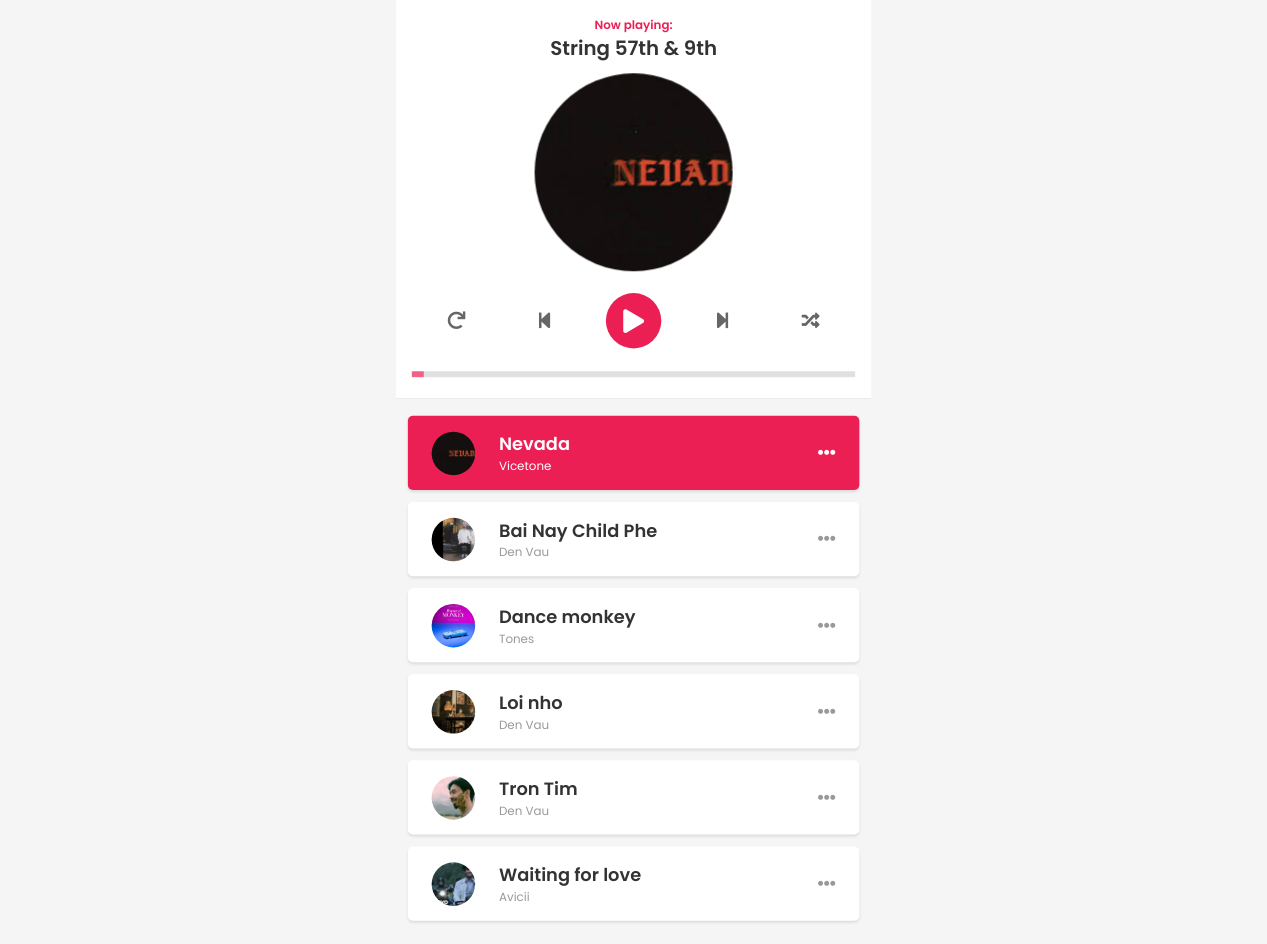
Repository: dovanthao2404/AppMusicPlayer
Page: index.html
The author's editor kept a copy of each file at every save. The page is drawn from the files as they stood at one save, then again after the next save.
The browser window is 1280 px wide. The pictures show the whole page, at 99% of full size.
Pictures or frames that could not be fetched are drawn as grey boxes.

Above is the page before, as saved 2021-06-28 16:02:08.

### index.html
<!DOCTYPE html>
<html lang="en">

<head>
  <meta charset="UTF-8">
  <meta http-equiv="X-UA-Compatible" content="IE=edge">
  <meta name="viewport" content="width=device-width, initial-scale=1.0">
  <title>Music player</title>
  <link rel="stylesheet" href="https://cdnjs.cloudflare.com/ajax/libs/font-awesome/5.15.2/css/all.min.css"
    integrity="sha512-HK5fgLBL+xu6dm/Ii3z4xhlSUyZgTT9tuc/hSrtw6uzJOvgRr2a9jyxxT1ely+B+xFAmJKVSTbpM/CuL7qxO8w=="
    crossorigin="anonymous" />
  <link rel="preconnect" href="https://fonts.gstatic.com">
  <link href="https://fonts.googleapis.com/css2?family=Poppins:wght@300;400;600&display=swap" rel="stylesheet">
  <link rel="stylesheet" href="./css/app.css">
</head>

<body>
  <div class="player">
    <!-- Dashboard -->
    <div class="dashboard">
      <!-- Header -->
      <header>
        <h4>Now playing:</h4>
        <h2>String 57th & 9th</h2>
      </header>

      <!-- CD -->
      <div class="cd">
        <div class="cd-thumb" style="background-image: url('https://i.ytimg.com/vi/jTLhQf5KJSc/maxresdefault.jpg')">
        </div>
      </div>

      <!-- Control -->
      <div class="control">
        <div class="btn btn-repeat">
          <i class="fas fa-redo"></i>
        </div>
        <div class="btn btn-prev">
          <i class="fas fa-step-backward"></i>
        </div>
        <div class="btn btn-toggle-play">
          <i class="fas fa-pause icon-pause"></i>
          <i class="fas fa-play icon-play"></i>
        </div>
        <div class="btn btn-next">
          <i class="fas fa-step-forward"></i>
        </div>
        <div class="btn btn-random">
          <i class="fas fa-random"></i>
        </div>
      </div>

      <input id="progress" class="progress" type="range" value="0" step="1" min="0" max="100">

      <audio id="audio" src=""></audio>
    </div>

    <!-- Playlist -->
    <div class="playlist">

    </div>
  </div>
  <script src="./js/app.js"></script>
</body>

</html>

### css/app.css
:root {
  --primary-color: #ec1f55;
  --text-color: #333;
}

* {
  padding: 0;
  margin: 0;
  box-sizing: inherit;
}

body {
  background-color: #f5f5f5;
}

html {
  box-sizing: border-box;
  font-family: "Poppins", sans-serif;
}

.player {
  position: relative;
  max-width: 480px;
  margin: 0 auto;
}

.player .icon-pause {
  display: none;
}

.player.playing .icon-pause {
  display: inline-block;
}

.player.playing .icon-play {
  display: none;
}

.dashboard {
  padding: 16px 16px 14px;
  background-color: #fff;
  position: fixed;
  top: 0;
  width: 100%;
  max-width: 480px;
  border-bottom: 1px solid #ebebeb;
}

/* HEADER */
header {
  text-align: center;
  margin-bottom: 10px;
}

header h4 {
  color: var(--primary-color);
  font-size: 12px;
}

header h2 {
  color: var(--text-color);
  font-size: 20px;
}

/* CD */
.cd {
  display: flex;
  margin: auto;
  width: 200px;
}

.cd-thumb {
  width: 100%;
  padding-top: 100%;
  border-radius: 50%;
  background-color: #333;
  background-size: cover;
  margin: auto;
}

/* CONTROL */
.control {
  display: flex;
  align-items: center;
  justify-content: space-around;
  padding: 18px 0 8px 0;
}

.control .btn {
  color: #666;
  padding: 18px;
  font-size: 18px;
}

.control .btn.active {
  color: var(--primary-color);
}

.control .btn-toggle-play {
  width: 56px;
  height: 56px;
  border-radius: 50%;
  font-size: 24px;
  color: #fff;
  display: flex;
  align-items: center;
  justify-content: center;
  background-color: var(--primary-color);
}

.progress {
  width: 100%;
  -webkit-appearance: none;
  height: 6px;
  background: #d3d3d3;
  outline: none;
  opacity: 0.7;
  -webkit-transition: 0.2s;
  transition: opacity 0.2s;
}

.progress::-webkit-slider-thumb {
  -webkit-appearance: none;
  appearance: none;
  width: 12px;
  height: 6px;
  background-color: var(--primary-color);
  cursor: pointer;
}

/* PLAYLIST */
.playlist {
  margin-top: 408px;
  padding: 12px;
}

.song {
  display: flex;
  align-items: center;
  margin-bottom: 12px;
  background-color: #fff;
  padding: 8px 16px;
  border-radius: 5px;
  box-shadow: 0 2px 3px rgba(0, 0, 0, 0.1);
}

.song.active {
  background-color: var(--primary-color);
}

.song:active {
  opacity: 0.8;
}

.song.active .option,
.song.active .author,
.song.active .title {
  color: #fff;
}

.song .thumb {
  width: 44px;
  height: 44px;
  border-radius: 50%;
  background-size: cover;
  margin: 0 8px;
}

.song .body {
  flex: 1;
  padding: 0 16px;
}

.song .title {
  font-size: 18px;
  color: var(--text-color);
}

.song .author {
  font-size: 12px;
  color: #999;
}

.song .option {
  padding: 16px 8px;
  color: #999;
  font-size: 18px;
}

### js/app.js
const $ = document.querySelector.bind(document);
const $$ = document.querySelectorAll.bind(document);

const player = $('.player');

const playList = $(".playlist");
const heading = $('header h2');
const cdThumb = $(".cd-thumb");
const audio = $("#audio")
const cd = $('.cd');
const playBtn = $('.btn-toggle-play');
const progress = $('.progress');

const nextBtn = $('.btn-next');
const prevBtn = $('.btn-prev');
const randomBtn = $('.btn-random');
const repeatBtn = $('.btn-repeat');

const app = {
  currentIndex: 0,
  isPlaying: false,
  isRandom: false,
  isRepeat: false,
  songs: [
    {
      name: 'Nevada',
      singer: 'Vicetone',
      path: '../music/nevada.mp3',
      image: '../img/nevada.jpeg'
    }, {
      name: 'Bai Nay Child Phe',
      singer: 'Den Vau',
      path: '../music/child.mp3',
      image: '../img/bainaychildphet.jpg'
    }, {
      name: 'Dance monkey',
      singer: 'Tones',
      path: '../music/dancemokey.mp3',
      image: '../img/dancemonkey.jpg'
    }, {
      name: 'Loi nho',
      singer: 'Den Vau',
      path: '../music/loinho.mp3',
      image: '../img/loinho.jpg'
    }, {
      name: 'Tron Tim',
      singer: 'Den Vau',
      path: '../music/trontim.mp3',
      image: '../img/trontim.jpg'
    }, {
      name: 'Waiting for love',
      singer: 'Avicii',
      path: '../music/waitingforlove.mp3',
      image: '../img/waitingforlove.jpg'
    },

  ],
  render: function () {
    const htmls = this.songs.map((song, index) => {
      return `<div class="song ${index === this.currentIndex ? 'active' : ''}" data-index="${index}">
      <div class="thumb" style="background-image: url('${song.image}')">
      </div>
      <div class="body">
        <h3 class="title">${song.name}</h3>
        <p class="author">${song.singer}</p>
      </div>
      <div class="option">
        <i class="fas fa-ellipsis-h"></i>
      </div>
    </div>`
    })
    playList.innerHTML = htmls.join('');
  },
  defineProperties: function () {
    Object.defineProperty(this, 'currentSong', {
      get: function () {
        return this.songs[this.currentIndex];
      }
    })
  },
  handlEvents: function () {
    // Xu ly CD quay / dung
    const cdThumbAnimate = cdThumb.animate([
      { transform: 'rotate(360deg)' }
    ], {
      duration: 10000,
      iterations: Infinity,
    })
    cdThumbAnimate.pause();


    const _this = this;
    // xu ly phong to thu nho cd
    const cdWidth = cd.offsetWidth;
    document.onscroll = function () {
      const scrollTop = window.scrollY || document.documentElement.scrollTop;

      const newCdWidth = cdWidth - scrollTop;

      cd.style.width = newCdWidth > 0 ? newCdWidth + 'px' : 0 + 'px';

      cd.style.opacity = newCdWidth / cdWidth;
    }

    // xu ly click play
    playBtn.onclick = function () {
      if (_this.isPlaying == true) {
        audio.pause();
      } else {
        audio.play();
      }
    }

    // khi song duoc play
    audio.onplay = function () {
      _this.isPlaying = true;
      player.classList.add("playing");
      cdThumbAnimate.play()
    }
    // khi song bi pause
    audio.onpause = function () {
      _this.isPlaying = false;
      player.classList.remove("playing");
      cdThumbAnimate.pause();
    }
    // Khi tien do bai hat thay doi
    audio.ontimeupdate = function () {
      if (audio.duration) {
        const progressPercent = Math.floor(audio.currentTime / audio.duration * 100);
        progress.value = progressPercent;
      }
    }

    // xu ly khi tua song
    progress.onchange = function (e) {
      const seekTime = audio.duration * e.target.value / 100;
      audio.currentTime = seekTime;
    }

    // Khi next bai hat
    nextBtn.onclick = function () {
      if (_this.isRandom) {
        _this.playRandomSong();
        audio.play();
      } else {
        _this.nextSong();
      }
      audio.play();
      _this.render();
      _this.scrollToActiveSong()
    }

    // khi prev bai hat
    prevBtn.onclick = function () {
      if (_this.isRandom) {
        _this.playRandomSong();
        audio.play();
      } else {
        _this.prevSong();
      }
      audio.play();
    }
    // bat tat random
    randomBtn.onclick = function () {
      _this.isRandom = !_this.isRandom;
      randomBtn.classList.toggle("active");
    }

    // xy ly lap lai 1 song
    repeatBtn.onclick = function () {
      _this.isRepeat = !_this.isRepeat;
      repeatBtn.classList.toggle("active");

    }

    // xu ly next song khi ended
    audio.onended = function () {
      if (_this.isRepeat) {
        audio.play();
      } else {
        nextBtn.onclick();
      }
    }
    // xu ly khi click vao song
    playList.onclick = function (e) {
      const songNode = e.target.closest('.song:not(.active)');
      if (songNode || e.target.closest('.option')) {
        // xu ly click vao song
        if (e.target.closest('.song:not(.active)')) {
          console.log(songNode.getAttribute("data-index"));
        }
      }
    }
  },
  scrollToActiveSong: function () {
    setTimeout(() => {
      $(".song.active").scrollIntoView({
        behavior: 'smooth',
        block: 'nearest',
      });
    }, 300)
  },
  loadCurrentSong: function () {
    heading.texContent = this.currentSong.name;
    cdThumb.style.backgroundImage = `url('${this.currentSong.image}')`
    audio.src = this.currentSong.path;
  },
  nextSong: function () {
    this.currentIndex++;
    if (this.currentIndex >= this.songs.length) {
      this.currentIndex = 0;
    }
    this.loadCurrentSong();
  },
  prevSong: function () {
    this.currentIndex--;
    if (this.currentIndex < 0) {
      this.currentIndex = this.songs.length - 1;
    }
    this.loadCurrentSong();
  },
  playRandomSong: function () {
    var randonIndex;
    do {
      randonIndex = Math.floor(Math.random() * this.songs.length);
    } while (randonIndex === this.currentIndex);

    this.currentIndex = randonIndex;
    this.loadCurrentSong();
  },
  start: function () {

    // Dinh nghia cac thuoc tinh cho object
    this.defineProperties()

    // Lang nghe xu ly su kien
    this.handlEvents()
    // Tai bai dau tien vao UI khi chay
    this.loadCurrentSong();
    // render playlist
    this.render()

  },
}
app.start();

After the next save:
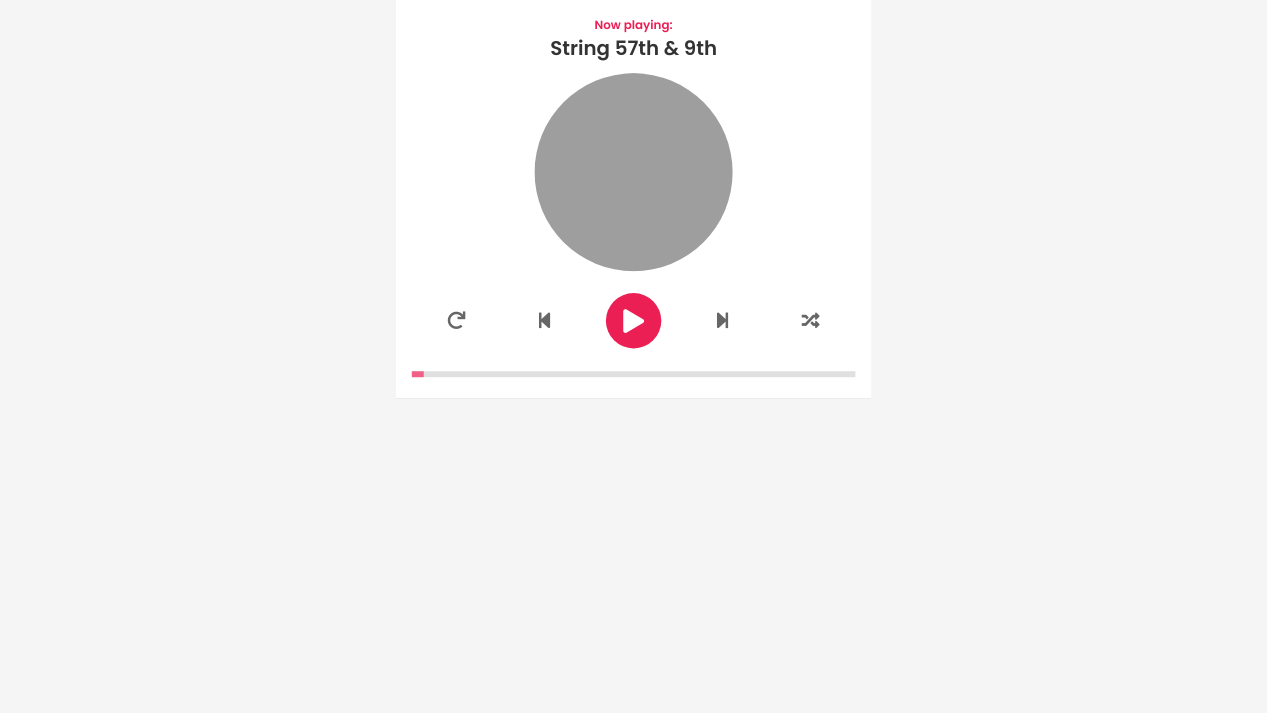
Console error: SyntaxError: missing ) after argument list
Saved 49 s later.
--- a/js/app.js
+++ b/js/app.js
@@ -187,7 +187,7 @@
       if (songNode || e.target.closest('.option')) {
         // xu ly click vao song
         if (e.target.closest('.song:not(.active)')) {
-          console.log(songNode.getAttribute("data-index"));
+          console.log(songNode.dataset.index;
         }
       }
     }

After the save that followed:
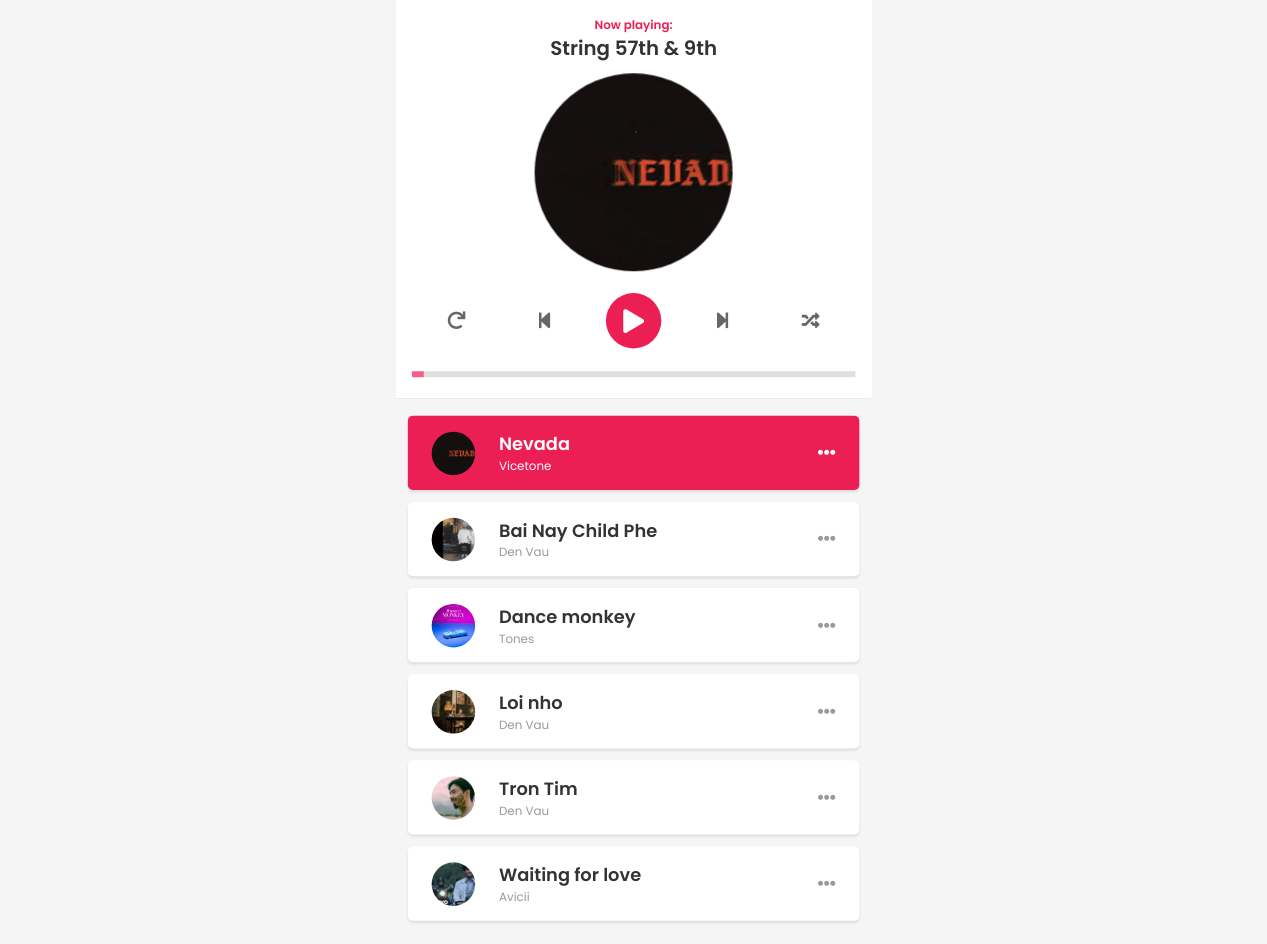
The error is gone.
Saved 8 s later.
--- a/js/app.js
+++ b/js/app.js
@@ -187,7 +187,7 @@
       if (songNode || e.target.closest('.option')) {
         // xu ly click vao song
         if (e.target.closest('.song:not(.active)')) {
-          console.log(songNode.dataset.index;
+          console.log(songNode.dataset.index);
         }
       }
     }
